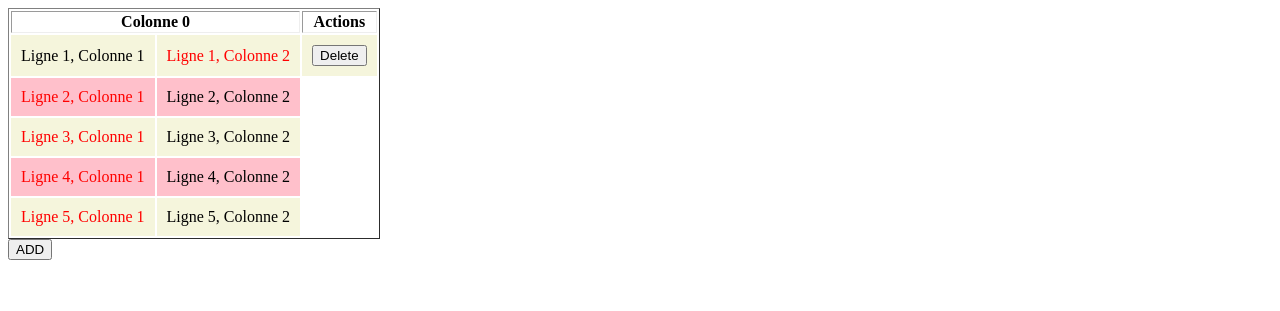
Repository: Chaimaa482/web-tp4
Page: ex1.html
These files come from the project's save history. The page is drawn as it stood at one moment and after a run of saves; the edit follows.
The browser window is 1280 px wide. The pictures show the whole page.

Above is the page before, as saved 2023-10-29 15:15:12.

### ex1.html
<!DOCTYPE html>
<html>
<style>
</style>
<body>
    <table border="1">
        <tr>
            <th>Colonne 0</th>
            <th>Colonne 0</th>
            <th>Actions</th>
        </tr>
        <tr>
            <td>Ligne 1, Colonne 1</td>
            <td>Ligne 1, Colonne 2</td>
            <td><button>Delete</button></td>
        </tr>
        <tr>
            <td>Ligne 2, Colonne 1</td>
            <td>Ligne 2, Colonne 2</td>
        </tr>
        <tr>
            <td>Ligne 3, Colonne 1</td>
            <td>Ligne 3, Colonne 2</td>
        </tr>
        <tr>
            <td>Ligne 4, Colonne 1</td>
            <td>Ligne 4, Colonne 2</td>
        </tr>
        <tr>
            <td>Ligne 5, Colonne 1</td>
            <td>Ligne 5, Colonne 2</td>
        </tr>



    </table>
    <button>ADD</button>

    <script>
        var table = document.getElementsByTagName('table');
        var cells = document.getElementsByTagName("td");
        // Donner une couleur de fond rose aux lignes paires et beige aux lignes impaires
        var rows = document.querySelectorAll("tr");
        for (var i = 1; i < rows.length; i++) {
            if (i % 2 === 0) {
                rows[i].style.backgroundColor = "pink";
            } else {
                rows[i].style.backgroundColor = "beige";
            }
        }

        // Donner une classe col1 aux colonnes paires et col2 aux colonnes impaires
        for (var i = 0; i < cells.length; i++) {
            if (i % 2 === 0) {
                cells[i].style.color= 'black';
            } else {
                cells[i].style.color= 'red';
            }
        }
        //fusionner la premiere line
        var row = document.querySelector('table tr:first-child');
        row.cells[0].colSpan=2;
        row.removeChild(row.cells[1]);


        //delete bordure
        rows[0].style.border = "none";
        for (var i = 0; i < cells.length; i++) {
            cells[i].style.border = "none";
            cells[i].style.padding='10px'
        }

        //making the table cells editable on click
        for (var i = 0; i < cells.length; i++) {
        cells[i].addEventListener("click", function() {
        var cellText = this.innerText;
        this.innerHTML = "<input type='text' value='" + cellText + "'>";
        var input = this.querySelector("input");
        input.focus();
        input.addEventListener("blur", function() {
            cellText = this.value;
            this.parentNode.innerText = cellText;
        });
         }); }

         //add row
         var addButton = document.querySelector('button');
         addButton.addEventListener('click', function() {
          var newRow = document.createElement('tr');
          newRow.innerHTML = "<td><input type='text' value=''></td><td><input type='text' value=''></td><td></td>";
          document.querySelector('table').appendChild(newRow);
          });

          //delete button





    </script>
</body>
</html>

After the next 4 saves:
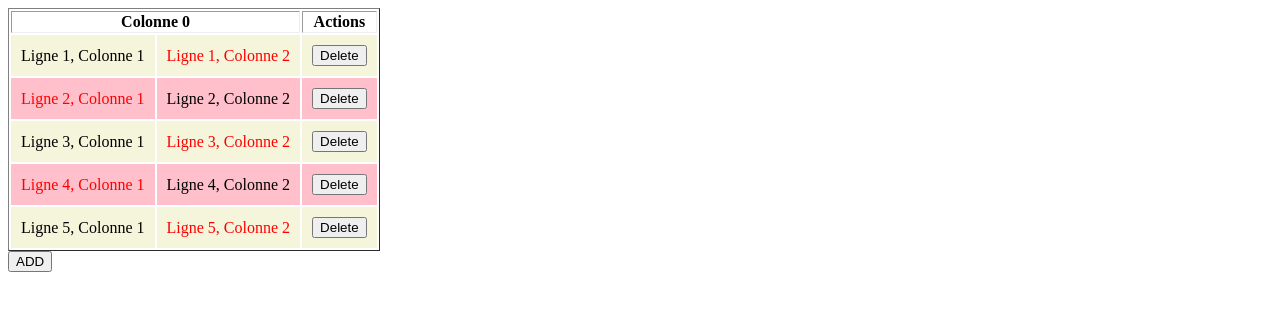
The 4 saves are shown as one change because they came seconds apart.
The last was saved 11 s later.
--- a/ex1.html
+++ b/ex1.html
@@ -17,18 +17,22 @@
         <tr>
             <td>Ligne 2, Colonne 1</td>
             <td>Ligne 2, Colonne 2</td>
+            <td><button>Delete</button></td>
         </tr>
         <tr>
             <td>Ligne 3, Colonne 1</td>
             <td>Ligne 3, Colonne 2</td>
+            <td><button>Delete</button></td>
         </tr>
         <tr>
             <td>Ligne 4, Colonne 1</td>
             <td>Ligne 4, Colonne 2</td>
+            <td><button>Delete</button></td>
         </tr>
         <tr>
             <td>Ligne 5, Colonne 1</td>
             <td>Ligne 5, Colonne 2</td>
+            <td><button>Delete</button></td>
         </tr>
 
 
